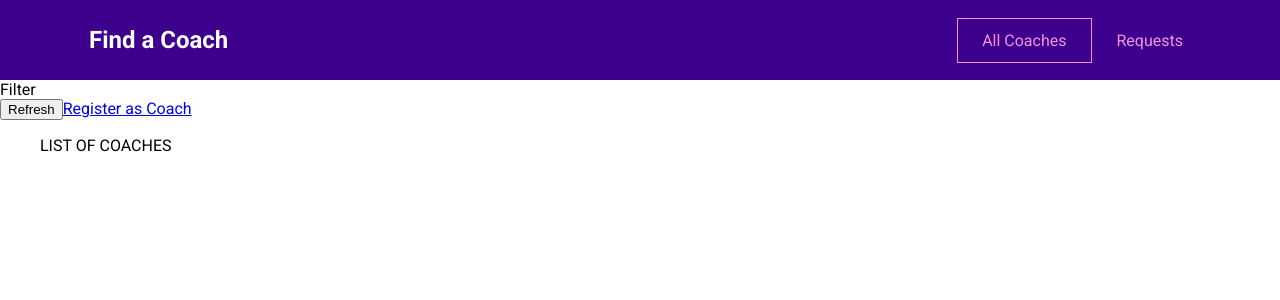
Repository: JesNatTer/coachfinder-app
Page: /
The author's editor kept a copy of each file at every save. The page is drawn from the files as they stood at one save, then again after the next save.
The browser window is 1280 px wide. The pictures show the whole page.
The project was rebuilt for these pictures with package versions that can differ from the ones it lists, and the page was loaded fresh each time. Also part of the build but not shown: src/pages/coaches/CoachDetails.vue, src/pages/coaches/CoachRegister.vue, src/pages/requests/ContactCoach.vue, src/pages/requests/RequestsReceived.vue. Imported but missing from the stored project, and not drawn on this page: src/pages/NotFound.vue.

Above is the page before, as saved 2021-11-26 14:15:15.

After the next save:
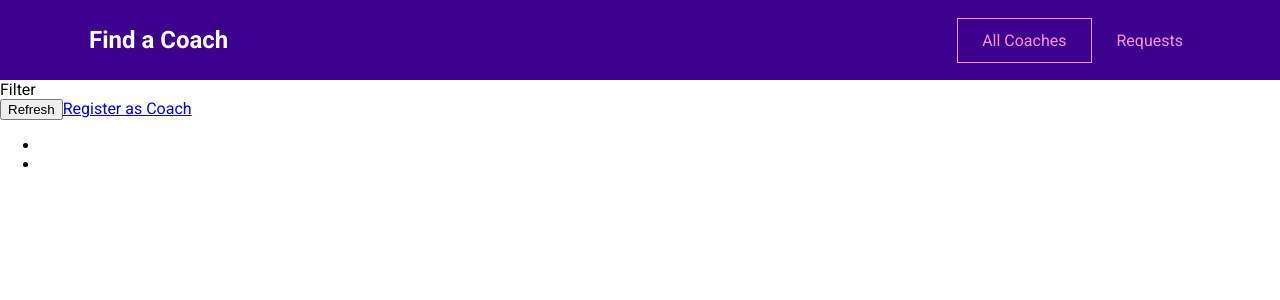
Saved 50 s later.
--- a/src/pages/coaches/CoachesList.vue
+++ b/src/pages/coaches/CoachesList.vue
@@ -6,7 +6,7 @@
             <router-link to="/register">Register as Coach</router-link>
         </div>
         <ul>
-            LIST OF COACHES
+            <li v-for="coach in filteredCoaches" :key="coach.id"></li>
         </ul>
     </section>
 </template>
